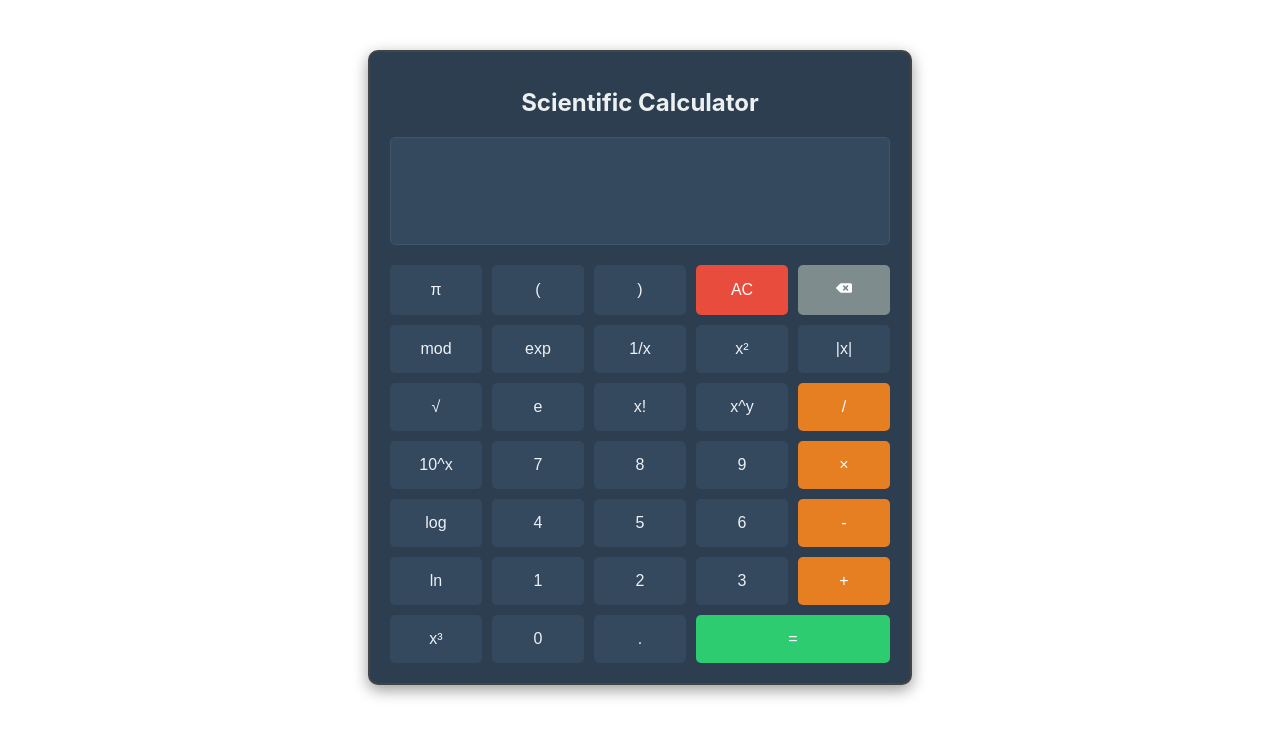
Repository: thesaherriaz/Calculator-React
Page: /
These files come from the project's save history. The page is drawn as it stood at one moment and after the next save; the edit follows.
The browser window is 1280 px wide. The pictures show the whole page.
The project was rebuilt for these pictures with package versions that can differ from the ones it lists, and the page was loaded fresh each time.

Above is the page before, as saved 2025-06-20 12:52:50.

After the next save:
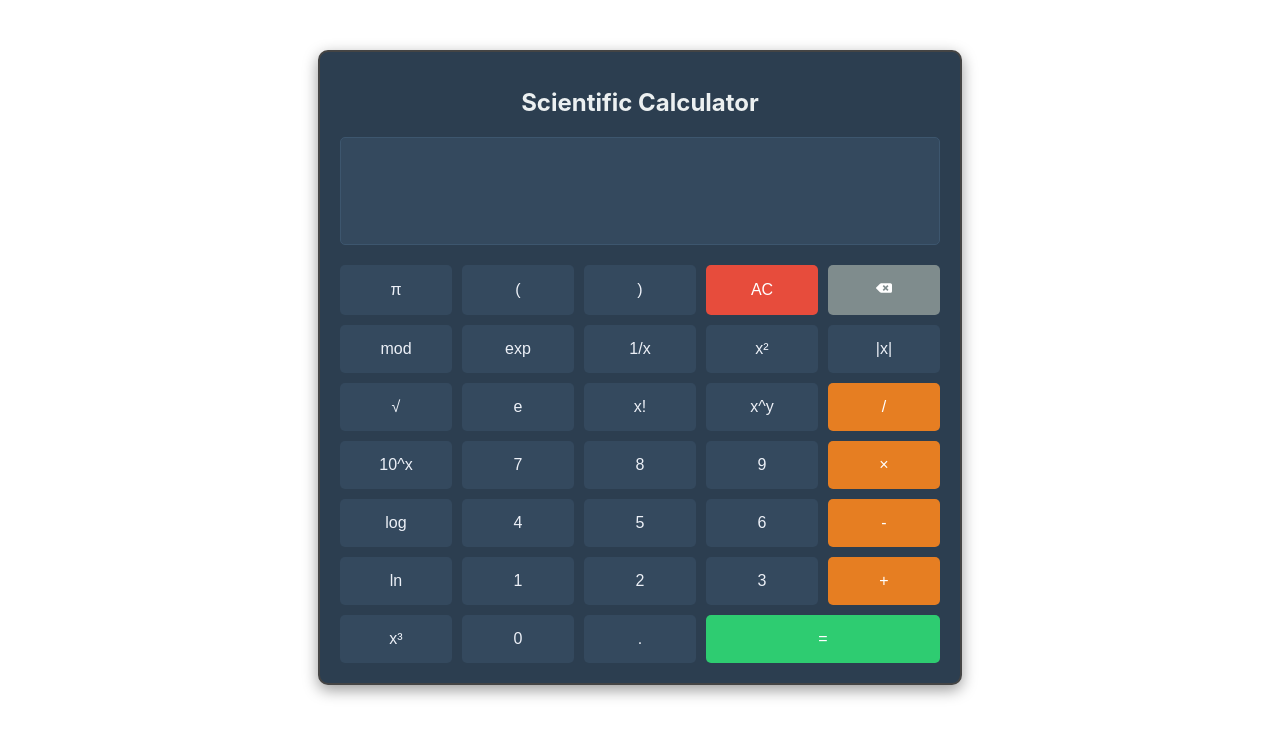
Saved 4 s later.
--- a/src/compnents/Calculator.css
+++ b/src/compnents/Calculator.css
@@ -1,5 +1,5 @@
 .calculator {
-    width: 500px;
+    width: 600px;
     margin: 50px auto;
     border: 2px solid #444;
     border-radius: 10px;
